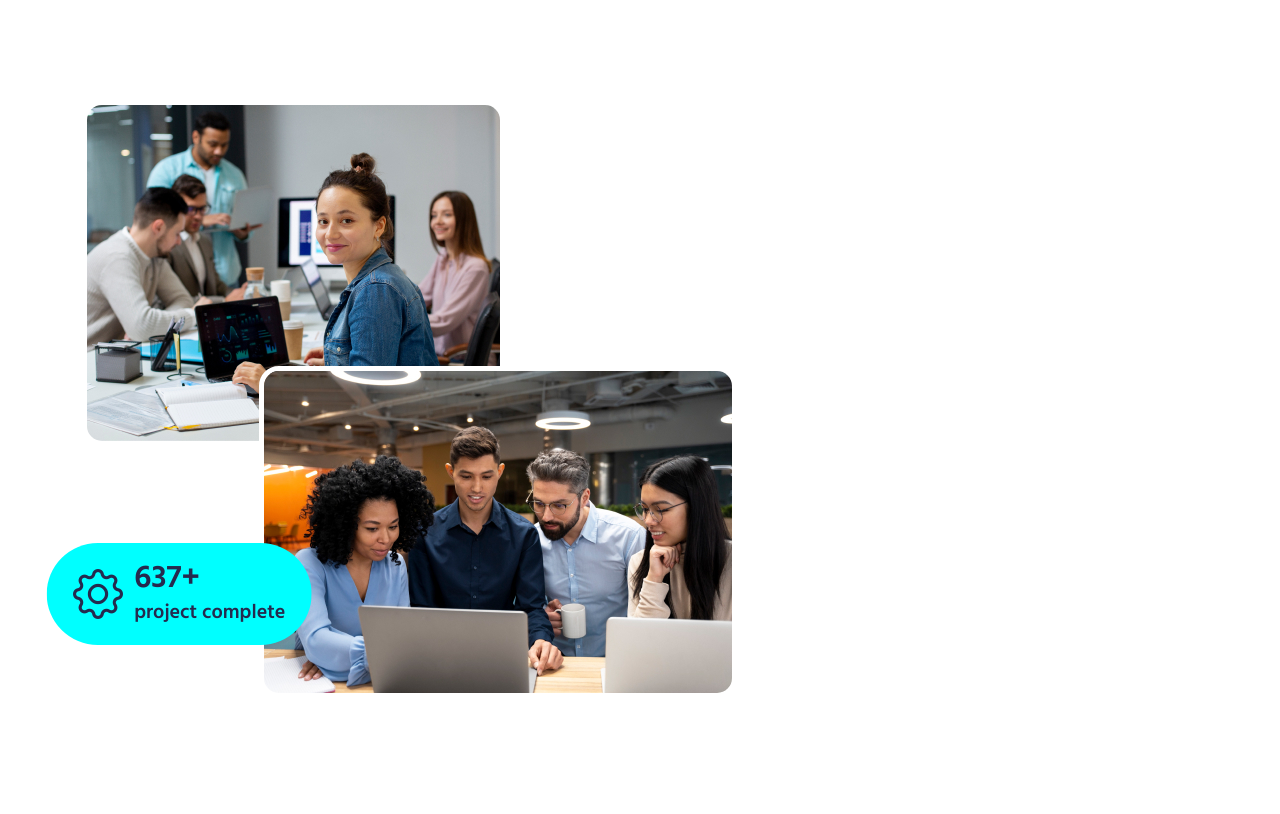
Repository: tagnam/mirehel2.0
Page: about.html
The author's editor kept a copy of each file at every save. The page is drawn from the files as they stood at one save, then again after the next save.
The browser window is 1280 px wide. The pictures show the whole page.

Above is the page before, as saved 2025-02-03 12:22:07.

After the next save:
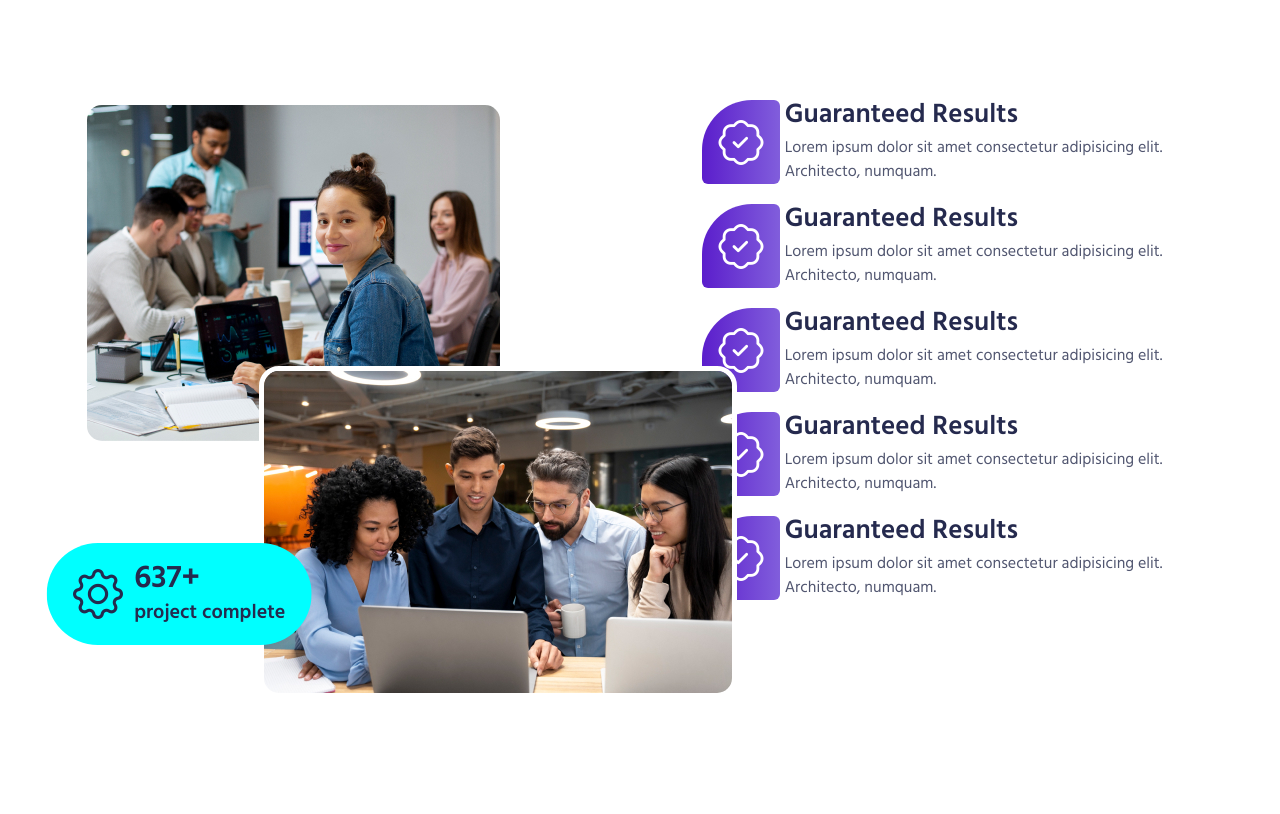
Saved 113 s later.
--- a/about.html
+++ b/about.html
@@ -35,7 +35,48 @@
 
                 </div>
             </div>
-            <div class="col-lg-6"></div>
+            <div class="col-lg-6">
+                <div class="about-right-container">
+                    <ul class="about-list">
+                        <li class="about-list-item">
+                            <div class="col-lg-2 about-icon"><i class="bi bi-patch-check"></i></div>
+                            <div class="col-lg-10">
+                                <div class="about-list-title"> Guaranteed Results</div>
+                                <div class="about-list-text"><p>Lorem ipsum dolor sit amet consectetur adipisicing elit. Architecto, numquam.</p></div>
+                            </div>
+                        </li>
+
+                        <li class="about-list-item">
+                            <div class="col-lg-2 about-icon"><i class="bi bi-patch-check"></i></div>
+                            <div class="col-lg-10">
+                                <div class="about-list-title">Guaranteed Results</div>
+                                <div class="about-list-text"><p>Lorem ipsum dolor sit amet consectetur adipisicing elit. Architecto, numquam.</p></div>
+                            </div>
+                        </li>
+                        <li class="about-list-item">
+                            <div class="col-lg-2 about-icon"><i class="bi bi-patch-check"></i></div>
+                            <div class="col-lg-10">
+                                <div class="about-list-title">Guaranteed Results</div>
+                                <div class="about-list-text"><p>Lorem ipsum dolor sit amet consectetur adipisicing elit. Architecto, numquam.</p></div>
+                            </div>
+                        </li>
+                        <li class="about-list-item">
+                            <div class="col-lg-2 about-icon"><i class="bi bi-patch-check"></i></div>
+                            <div class="col-lg-10">
+                                <div class="about-list-title">Guaranteed Results</div>
+                                <div class="about-list-text"><p>Lorem ipsum dolor sit amet consectetur adipisicing elit. Architecto, numquam.</p></div>
+                            </div>
+                        </li>
+                        <li class="about-list-item">
+                            <div class="col-lg-2 about-icon"><i class="bi bi-patch-check"></i></div>
+                            <div class="col-lg-10">
+                                <div class="about-list-title">Guaranteed Results</div>
+                                <div class="about-list-text"><p>Lorem ipsum dolor sit amet consectetur adipisicing elit. Architecto, numquam.</p></div>
+                            </div>
+                        </li>
+                    </ul>
+            </div>
+            </div>
         </div>
     </div>
 </section>
